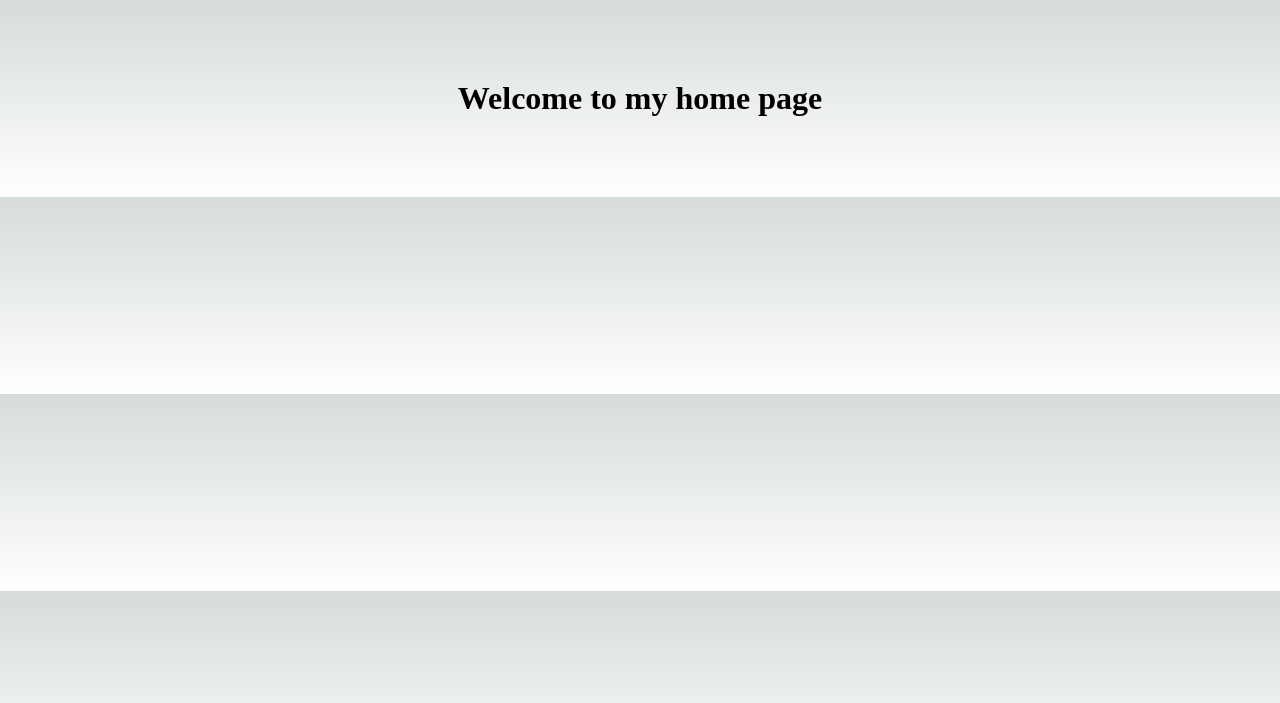
Repository: giovanabirck/class04-playwright
Page: /
An editor plug-in stored every save of this project. The page is shown before and after the next save, followed by the edit.
The browser window is 1280 px wide. The pictures show the whole page.
The project was rebuilt for these pictures with package versions that can differ from the ones it lists, and the page was loaded fresh each time. The framework's server and built-in components were replaced by stand-ins that run in the browser. Also part of the build but not shown: next.config.js.

Above is the page before, as saved 2023-01-26 14:55:26.

After the next save:
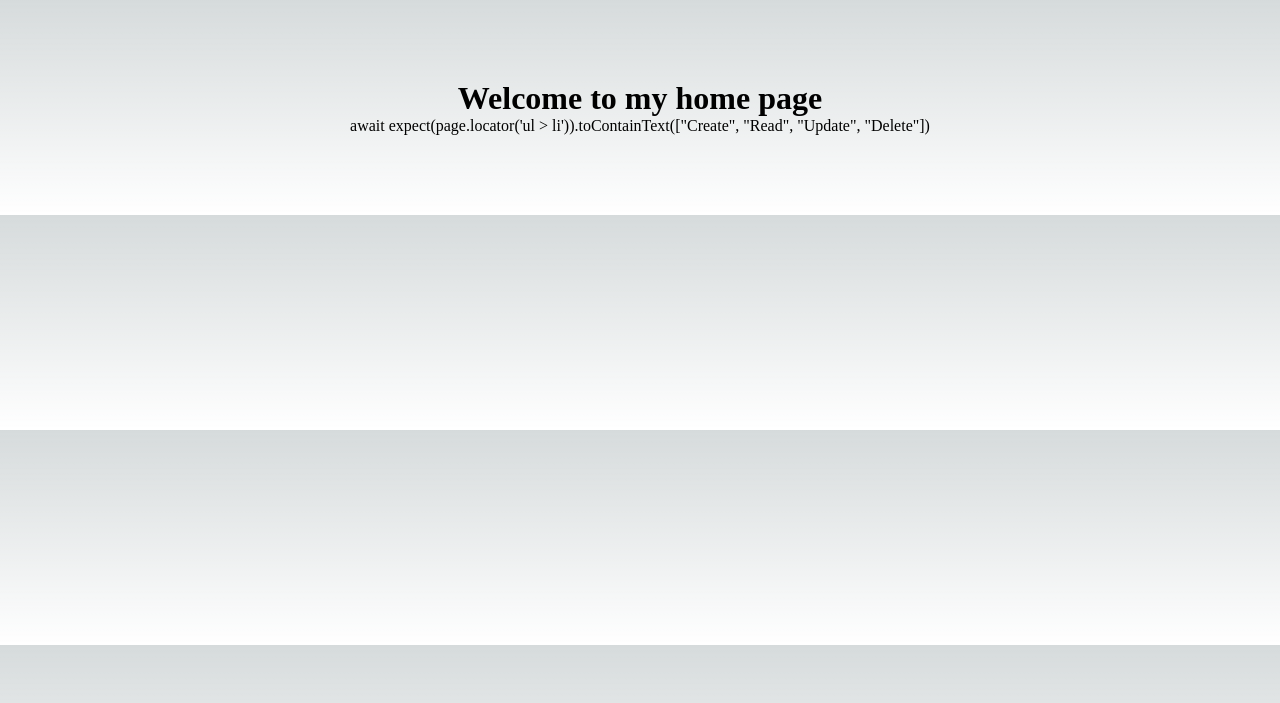
Saved 117 s later.
--- a/pages/index.js
+++ b/pages/index.js
@@ -16,6 +16,7 @@
       </Head>
       <main className={styles.main}>
         <h1>Welcome to my home page</h1>
+        await expect(page.locator('ul > li')).toContainText(["Create", "Read", "Update", "Delete"])
       </main>
     </>
   )
